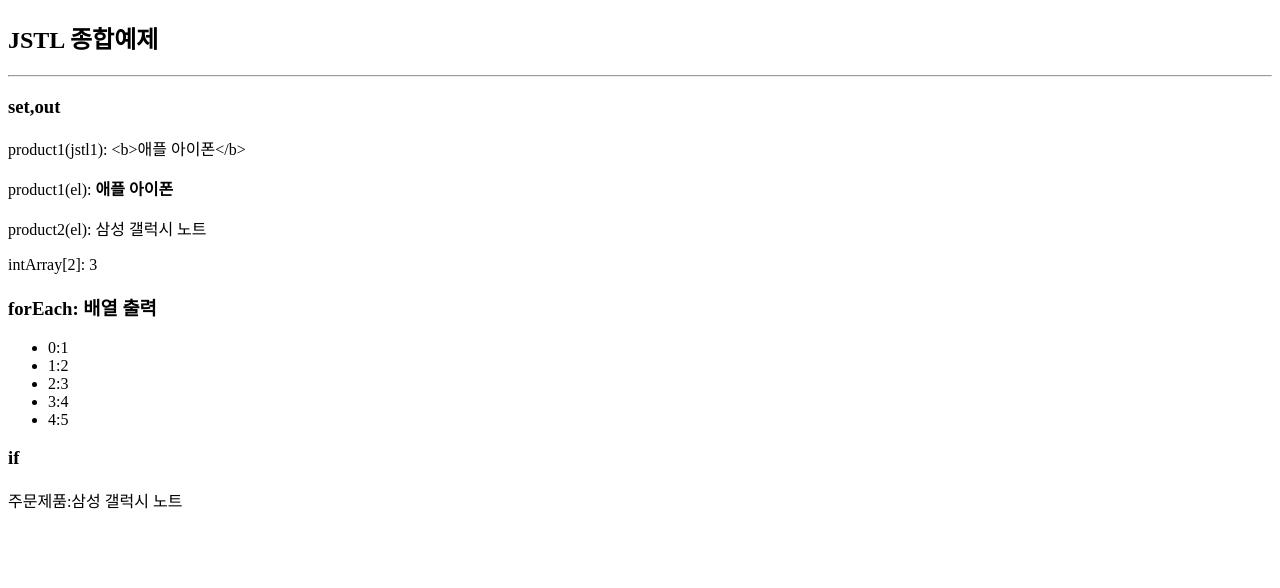
Repository: heezzanggg/JSPWebProgramming
Page: http://localhost/jwbook/ch07/jstlExam.jsp
An editor plug-in stored every save of this project. The page is shown before and after the next save, followed by the edit.
The browser window is 1280 px wide. The pictures show the whole page.
The page is served by Tomcat 9. Other server files are loaded and not shown.

Above is the page before, as saved 2023-03-27 18:24:49.

### JSPWebProgramming/jwbook/src/main/webapp/ch07/jstlExam.jsp
<%@ page language="java" contentType="text/html; charset=UTF-8"
    pageEncoding="UTF-8"%>
<%@ taglib uri="http://java.sun.com/jsp/jstl/core" prefix="c" %>
<!DOCTYPE html>
<html>
<head>
<meta charset="UTF-8">
<title>JSTL 종합예제</title>
</head>
<body>
	<h2>JSTL 종합예제</h2>
	<hr>

	<!-- set,out -->
	<h3>set,out</h3>
	<c:set var="product1" value="<b>애플 아이폰</b>" />
	<c:set var="product2" value="삼성 갤럭시 노트"/>
	<c:set var="intArray" value="${[1,2,3,4,5]}"/>

	<p>
		product1(jstl1):
		<c:out value="${product1}" default="Not registered" escapeXml="true" />
	</p>
	<p>product1(el): ${product1}</p>
	<p>product2(el): ${product2}</p>
	<p>intArray[2]: ${intArray[2]}</p>

	<!-- forEach -->
	<h3>forEach: 배열 출력</h3>
	<ul>
		<c:forEach var="num" varStatus="i" items="${intArray}">
			<li>${i.index}:${num}</li>
		</c:forEach>
	</ul>

	<!-- if -->
	<h3>if</h3>
	<c:set var="checkout" value="true"/>
	<c:if test="${checkout}">
		<p>주문제품:${product2}</p>
	</c:if>
</body>
</html>

After the next save:
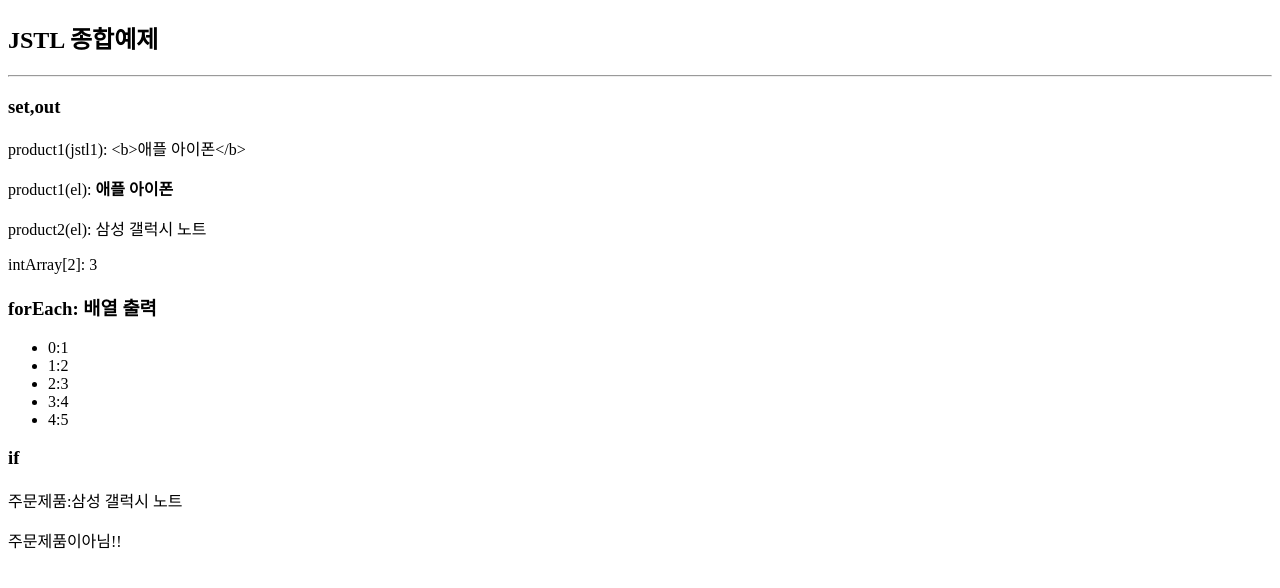
Saved 12 s later.
--- a/JSPWebProgramming/jwbook/src/main/webapp/ch07/jstlExam.jsp
+++ b/JSPWebProgramming/jwbook/src/main/webapp/ch07/jstlExam.jsp
@@ -39,5 +39,6 @@
 	<c:if test="${checkout}">
 		<p>주문제품:${product2}</p>
 	</c:if>
+		<p>주문제품이아님!!</p>
 </body>
 </html>
